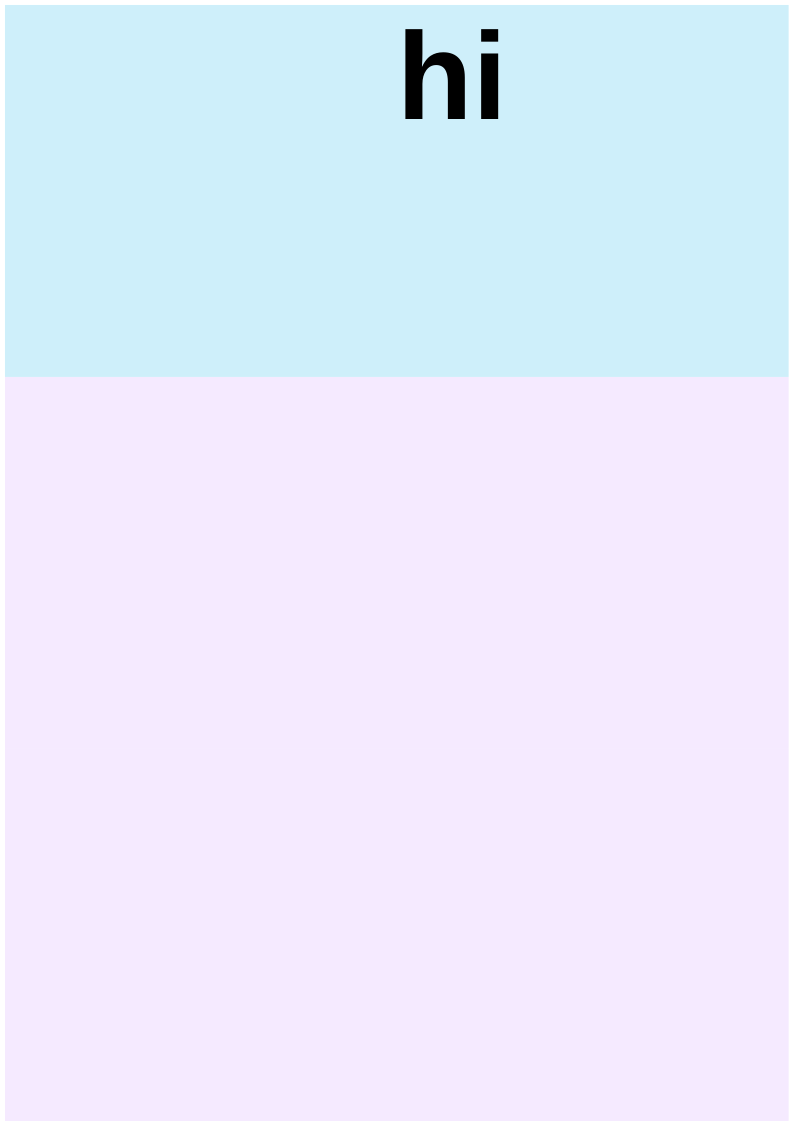
Repository: raghu225/raghu225.github.io
Page: type/index.html
The author's editor kept a record of every edit. The page is drawn from the files as they stood at one moment, then again after the next edit.
The browser window is 1280 px wide. The pictures show the whole page, at 62% of full size.
Some web libraries are served in a nearby version.

Above is the page before.

### type/index.html
<html>
    <head>
        <title>Urvi</title>
        <link href="assets/css/alphabet.css" rel="stylesheet" type="text/css" />
        <link href="assets/css/style.css" rel="stylesheet" type="text/css" />
        <link href="assets/css/style.css" rel="stylesheet" type="text/css" />
        <script src="https://ajax.googleapis.com/ajax/libs/jquery/1.11.2/jquery.min.js"></script>
        <link rel="icon" type="image/png" href="assets/favicon/favicon1.png">
    </head>

    <body>

        <div class="bg1">
            <p class ="titles">hi</p>
            <!--<div class="titles-urvi h">-->
            <!--        <div class="h-left"></div>-->
            <!--        <div class="h-right"></div>-->
            <!--        <div class="h-top-block"></div>-->
            <!--        <div class="h-bottom-block"></div>-->
            </div>
        </div>

        <div class ="bg2"></div>
        <div class ="bg3"></div>
        <div class ="bg4"></div>
        <div class ="bg5"></div>
        <div class ="bg6"></div>
        <div class ="bg7"></div>



    </body>















</html>

### type/assets/css/alphabet.css


.wrap{
    /*background-color: black;*/
    /*color: black;*/
    /*display: inline-block;*/
    width: 1250px;
    /*height: 3300px;*/
    /*margin-left: 10px;*/
}

.letter {
    position: relative;
    vertical-align: top;
    display: inline-block;
    margin: 60 20px 20px 0;
    height: 140px;
    /*width: 120px;*/
}

.small-a{
    height: 20px;
    width: 2px;
    background-color: black;
    /*display: inline-block;*/
    /*margin-left: 10px;*/
}

.big-a{
    height: 40px;
    width: 2px;
    background-color: black;
    /*display: inline-block;*/
}

.small-i {
    height: 58px;
    width: 2px;
    background-color: black;
    transform: rotate(45deg);
    /*display: inline-block;*/
    margin-top: -10px;
    margin-left: 20px;
}


.e-top {
    height: 50px;
    width: 2px;
    background-color: black;
    transform: rotate(60deg);
    /*display: inline-block;*/
    margin-left: 30px;
    margin-top: 30px;
}

.e-mid {
    height: 2px;
    width: 50px;
    background-color: black;
    /*display: inline-block;*/
    margin-left: 10px;
    /*margin-top: 5px;*/
}

.e-bottom {
    height: 50px;
    width: 2px;
    background-color: black;
    transform: rotate(-60deg);
    margin-left: 30px;
    /*margin-top: 5px;*/
}

.u-cross-left {
    height: 102px;
    width: 2px;
    background-color: black;
    transform: rotate(-45deg);
    position: absolute;
    margin-left: 50px;
    margin-top: 30px;
    /*display: inline-block;*/
}

.u-cross-right {
    height: 102px;
    width: 2px;
    background-color: black;
    transform: rotate(45deg);
    position: absolute;
    margin-left: 50px;
    margin-top: 30px
}

.small-u-horizontal {
    background-color: black;
    position: absolute;
    margin-left: 16px;
    height: 2px;
    width: 70px;
    margin-top: 116px;
}

.oo-circle-left {
	width: 30px;
	height: 30px;
	border: solid black 2px;
	border-radius: 50px;
	margin-top: 60px;
	margin-left: 80px;
	position: absolute;
}

.oo-horizontal {
    width: 70px;
    height: 2px;
    background-color: black;
    margin-left: 112px;
    position: absolute;
    margin-top: 75px;
}

.oo-circle-right {
	width: 30px;
	height: 30px;
	border: solid black 2px;
	border-radius: 50px;
	margin-top: 60px;
	margin-left: 180px;
	position: absolute;
}

.a {
	width: 0;
	height: 0;
	border-left: 50px solid transparent;
	border-right: 50px solid transparent;
	border-bottom: 80px solid black;
	margin-top: 40px;
	margin-left: 160px;
	/*margin-top: 180px;*/
}

/*.diagonal {*/
/*    margin-top: 300px;*/
/*    margin-left: 10px;*/
/*    transform: rotate(135deg);*/
    /*height: 100px;*/
    /*width: 100px;*/
/*}*/

.eh-circle-left {
	width: 30px;
	height: 30px;
	border: solid black 2px;
	-moz-border-radius: 15px;
	-webkit-border-radius: 15px;
	border-radius: 50px;
	margin-top: 90px;
	/*margin-left: 10px;*/
	position: absolute;
}

.eh-diagonal {
    width: 70px;
    height: 2px;
    background-color: black;
    margin-left: 15px;
    position: absolute;
    margin-top: 69px;
    transform: rotate(135deg);
}

.eh-circle-right {
	width: 30px;
	height: 30px;
	border: solid black 2px;
	-moz-border-radius: 15px;
	-webkit-border-radius: 15px;
	border-radius: 50px;
	margin-top: 17px;
	margin-left: 70px;
	position: absolute;
}

.o {
    width: 80px;
	height: 80px;
	border: solid black 2px;
	-moz-border-radius: 15px;
	-webkit-border-radius: 15px;
	border-radius: 50px;
	margin-top: 40px;
	margin-left: 60px;
}

.big-o-circle {
    width: 80px;
	height: 80px;
	border: solid black 2px;
	-moz-border-radius: 15px;
	-webkit-border-radius: 15px;
	border-radius: 50px;
	margin-top: 40px;
	/*margin-left: 10px;*/
	position: absolute;
}

.big-o-line1 {
    width: 30px;
    height: 2px;
    background-color: black;
    transform: rotate(125deg);
    display: inline-block;
    /*margin-left: 10px;*/
    margin-top: 140px;
}

.big-o-line2 {
    width: 46px;
    height: 2px;
    background-color: black;
    transform: rotate(35deg);
    display: inline-block;
    margin-left: -15;

}

.big-o-line3 {
    width: 30px;
    height: 2px;
    background-color: black;
    transform: rotate(125deg);
    display: inline-block;
    margin-left: -15;
}

.u-vertical1 {
    height: 80px;
    width: 2px;
    background-color: black;
    margin-top: 40px;
    position: relative;
    /*margin-left: 10px;*/
}

.u-horizontal {
    height: 2px;
    width: 80px;
    /*margin-left: 10px;*/
    background-color: black;
    position: relative;
}

.u-vertical2 {
    height: 80px;
    width: 2px;
    /*margin-left: 10px;*/
    background-color: black;
    margin-top: -80px;
    margin-left: 80px;
    display: inline-block;
    position: absolute;
}

.ah-left {
    width: 80px;
    height: 2px;
    background-color: black;
    transform: rotate(135deg);
    margin-top: 90px;
    /*position: relative;*/
    display: inline-block;
}

.ah-right {
    width: 80px;
    height: 2px;
    background-color: black;
    transform: rotate(45deg);
    margin-top: 50px;
    /*position: absolute;*/
    display: inline-block;
    margin-left: -28px;
}

.b-vertical {
    width: 2px;
    height: 100px;
    background-color: black;
    margin-top: 20px;
    /*margin-left: 10px;*/
}

.b-horizontal {
    width: 60px;
    height: 2px;
    background-color: black;
    /*margin-left: 10px;*/
}

.c-top {
    width: 80px;
    height: 2px;
    background-color: black;
    /*margin-left: 10px;*/
    margin-top: 50px;
    transform: rotate(155deg);
}

.c-bottom {
    width: 80px;
    height: 2px;
    background-color: black;
    /*margin-left: 10px;*/
    margin-top: 31px;
    transform: rotate(25deg);
}

.d-vertical {
    width: 2px;
    height: 30px;
    background-color: black;
    margin-top: 0px;
    /*margin-left: 10px;*/
}

.d-horizontal {
    width: 30px;
    height: 2px;
    background-color: black;
    margin-top: -30px;
    /*margin-left: 10px;*/
}

.d-top {
    height: 80px;
    width: 2px;
    background-color: black;
    transform: rotate(135deg);
    margin-top: -12px;
    margin-left: 28px;
    position: absolute;
}

.d-bottom {
    height: 68px;
    width: 2px;
    background-color: black;
    transform: rotate(55deg);
    margin-top: 40.5px;
    margin-left: 28px;
    position: absolute;
}

.dh-vertical {
    width: 2px;
    height: 30px;
    background-color: black;
    margin-top: 0px;
    margin-left: 65px;
}

.dh-horizontal {
    width: 30px;
    height: 2px;
    background-color: black;
    margin-top: -30px;
    margin-left: 65px;
}

.dh-stem {
    border: solid black 2px;
    width: 100px;
    height: 100px;
    border-radius: 50px;
    /*margin-left: -65px;*/
    margin-top: -3px;
}

.dh-block {
    background-color: white;
    width: 70px;
    height: 150px;
    display: inline-block;
    margin-top: -120px;
    margin-left: -5px;
}

.f-vertical {
    background-color: black;
    width: 2px;
    height: 100px;
    /*margin-top: -120px;*/
    /*margin-left: -10px;*/
}

.f-horizontal {
    background-color: black;
    width: 60px;
    height: 2px;
    display: inline-block;
    margin-left: 0px;
    margin-top: -100px;
}

.g-horizontal-top {
    background-color: black;
    width: 50px;
    height: 2px;
    margin-left: 30px;
    margin-top: 70px;
}

.g-vertical {
    background-color: black;
    width: 2px;
    height: 60px;
    /*margin-top: -120px;*/
    margin-left: 78px;
}

.g-horizontal-bottom {
    background-color: black;
    width: 80px;
    height: 2px;
    /*margin-left: 30px;*/
    /*margin-top: 50px;*/
}

.j-vertical {
    background-color: black;
    width: 2px;
    height: 60px;
    margin-top: 70px;
    margin-left: 78px;
}

.j-horizontal {
    background-color: black;
    width: 80px;
    height: 2px;
}

.l-vertical {
    background-color: black;
    width: 2px;
    height: 40px;
    margin-top: 0px;
    margin-left: 10px;
}

.l-horizontal {
    background-color: black;
    width: 40px;
    height: 2px;
    /*margin-top: 50px;*/
    margin-left: 10px;
}

.l-circle {
    width: 10px;
    height: 10px;
    border-radius: 50%;
    border: solid black 2px;
    margin-left: 0px;
    margin-top: -2.5px;
}

.n {
    width: 40px;
    height: 40px;
    border-radius: 50%;
    border: solid black 2px;
    margin-top: 0px;
}

.p-vertical {
    background-color: black;
    width: 2px;
    height: 100px;
    margin-top: 30px;
}

.p-horizontal {
    background-color: black;
    width: 40px;
    height: 2px;
    margin-top: -100px;
    display: inline-block;
}

.t-vertical {
    background-color: black;
    width: 2px;
    height: 40px;
    margin-top: 0px;
    /*display: inline-block;*/
    position: absolute;
    margin-left: 20px;
    /*position: relative;*/
}

.t-horizontal {
    background-color: black;
    width: 40px;
    height: 2px;
    margin-top: 20px;
    margin-left: 3px;
    /*display: inline-block;*/
    position: absolute;
}

.aa-circle-top {
	width: 30px;
	height: 30px;
	border: solid black 2px;
	-moz-border-radius: 15px;
	-webkit-border-radius: 15px;
	border-radius: 50px;
	/*margin-top: 120px;*/
	margin-left: 40px;
	position: absolute;
}

.aa-vertical {
    height: 70px;
    width: 2px;
    background-color: black;
    margin-left: 57px;
    position: absolute;
    margin-top: 32px;
}

.aa-circle-bottom {
	width: 30px;
	height: 30px;
	border: solid black 2px;
	-moz-border-radius: 15px;
	-webkit-border-radius: 15px;
	border-radius: 50px;
	margin-top: 100px;
	margin-left: 40px;
	position: absolute;
}

.h-left {
    width: 30px;
    height: 50px;
    border-radius: 40%;
    border: solid black 2px;
    margin-top: 0px;
    margin-left: 70px;
    position: absolute;
}

.h-right {
    width: 30px;
    height: 50px;
    border-radius: 40%;
    border: solid black 2px;
    margin-top: -20px;
    position: absolute;
    margin-left: 90px;
}

.h-top-block {
    width: 80px;
    height: 20px;
    background-color: white;
    /*border: solid red;*/
    margin-top: -20px;
    margin-left: 50px;
    margin-bottom: 0px;
    position: absolute;
}

.h-bottom-block {
    width: 80px;
    height: 20px;
    background-color: white;
    /*border: solid red;*/
    margin-top: 34px;
    margin-left: 50px;
    margin-bottom: 0px;
    position: absolute;
}

.m-top {
    width: 40px;
    height: 45px;
    border-radius: 50%;
    border: solid black 2px;
    margin-top: 0px;
    margin-left: 120px;
    position: absolute;
}

.m-block {
    width: 50px;
    height: 20px;
    margin-top: 30px;
    margin-left: 118px;
    position: absolute;
    background-color: white;
}

.m-circle-left {
    width: 10px;
	height: 10px;
	border: solid black 2px;
	border-radius: 50px;
	position: absolute;
	margin-top: 21px;
	margin-left: 120px;
}

.m-circle-right {
    width: 10px;
	height: 10px;
	border: solid black 2px;
	border-radius: 50px;
	position: absolute;
	margin-top: 21px;
	margin-left: 150px;
}

.s-circle {
    width: 80px;
	height: 80px;
	border: solid black 2px;
	border-radius: 50px;
	margin-top: 40px;
	margin-left: 183px;
	position: absolute;
}

.s-line {
    width: 50px;
    height: 2px;
    background-color: black;
    transform: rotate(111deg);
    position: absolute;
    margin-top: 100px;
    margin-left: 150px;
}

.v-left {
    width: 30px;
	height: 120px;
	border: solid black 2px;
	border-radius: 50%;
	margin-top: 200px;
	/*margin-left: -990px;*/
	position: absolute;
}

.v-right {
    width: 30px;
	height: 120px;
	border: solid black 2px;
	border-radius: 50%;
	margin-top: 200px;
	/*margin-left: -956px;*/
	position: absolute;
}

.v-block-left {
    position: absolute;
    width: 15px;
    height: 130px;
    /*border: solid red 1px;*/
    background-color: white;
    margin-top: 195px;
    /*margin-left: -992px;*/
}

.v-block-right {
    position: absolute;
    width: 15px;
    height: 130px;
    /*border: solid red 1px;*/
    background-color: white;
    margin-top: 200px;
    /*margin-left: -935px;*/
    z-index: 0;
}

.v-block-bottom {
    position: absolute;
    width: 70px;
    height: 60px;
    /*border: solid red 1px;*/
    background-color: white;
    margin-top: 270px;
    /*margin-left: -992px;*/
    z-index: 0;
}

.w-left {
    width: 30px;
	height: 120px;
	border: solid black 2px;
	border-radius: 50%;
	margin-top: 200px;
	margin-left: -995px;
	position: absolute;
}

.w-center {
    width: 30px;
	height: 120px;
	border: solid black 2px;
	border-radius: 50%;
	margin-top: 200px;
	margin-left: -962px;
	position: absolute;
}

.w-right {
    width: 30px;
	height: 120px;
	border: solid black 2px;
	border-radius: 50%;
	margin-top: 200px;
	margin-left: -929px;
	position: absolute;
}

.w-block-left {
    position: absolute;
    width: 15px;
    height: 130px;
    /*border: solid red 1px;*/
    background-color: white;
    margin-top: 200px;
    margin-left: -997px;
}

.w-block-right {
    position: absolute;
    width: 15px;
    height: 130px;
    /*border: solid red 1px;*/
    background-color: white;
    margin-top: 200px;
    margin-left: -908px;
    z-index: 0;
}

.w-block-bottom {
    position: absolute;
    width: 100px;
    height: 60px;
    /*border: solid red 1px;*/
    background-color: white;
    margin-top: 270px;
    margin-left: -1000px;
    z-index: 0;
}

.z-horizontal-1 {
    position: absolute;
    width: 20px;
    height: 2px;
    background-color: black;
    margin-top: -12px;
    margin-left: 180px;
}

.z-vertical-1 {
    position: absolute;
    width: 2px;
    height: 40px;
    background-color: black;
    margin-top: -12px;
    margin-left: 200px;
}

.z-horizontal-2 {
    position: absolute;
    width: 20px;
    height: 2px;
    background-color: black;
    margin-top: 28px;
    margin-left: 200px;
}

.z-vertical-2 {
    position: absolute;
    width: 2px;
    height: 80px;
    background-color: black;
    margin-top: 28px;
    margin-left: 220px;
}

.y-circle {
    position: absolute;
    width: 80px;
    height: 80px;
    border-radius: 50%;
    border: solid black 2px;
    margin-top: -16px;
    margin-left: 200px;
}

.y-horizontal {
    position: absolute;
    margin-top: 66px;
    width: 80px;
    height: 2px;
    background-color: black;
    margin-left: 238px;
}

.y-vertical {
    position: absolute;
    margin-top: 38px;
    width: 2px;
    height: 30px;
    background-color: black;
    margin-left: 318px;
}

.y-block {
    /*border: solid red 1px;*/
    margin-top: -20px;
    position: absolute;
    width: 50px;
    height: 100px;
    margin-left: 200px;
    background-color: white;

}

.r-left {
    position: absolute;
    width: 60px;
    height: 80px;
    border-radius: 50%;
    border: solid black 2px;
    margin-top: -46px;
    margin-left: 310px;
}

.r-block-right {
    /*border: solid red 1px;*/
    margin-top: -50px;
    position: absolute;
    width: 30px;
    height: 100px;
    margin-left: 355px;
    background-color: white;
}

.r-right {
    position: absolute;
    width: 10px;
    height: 40px;
    border-radius: 50%;
    border: solid black 2px;
    margin-top: -50px;
    margin-left: 355px;
    transform: rotate(135deg);
}

.r-block-bottom {
    /*border: solid red 1px;*/
    margin-top: -10px;
    position: absolute;
    width: 60px;
    height: 50px;
    margin-left: 310px;
    background-color: white;
}

### type/assets/css/style.css
.bg1 {
    background-color: #ceeffa;
    width: 100%;
    height: 600px;
    margin: 0px;
}

.titles {
    font-family: Avenir, 'Helvetica Neue', Helvetica, sans-serif;
    font-size: 200px;
    font-weight: bolder;
    margin-left: 50%;
}

.titles-urvi {
    background-color: #6d6e70;
}

.bg2 {
    background-color: #f5eaff;
    width: 100%;
    height: 600px;
    margin: 0px;
}

.bg3 {
    background-color: #ceeffa;
    width: 100%;
    height: 600px;
    margin: 0px;
}

.bg3 {
    background-color: #f5eaff;
    width: 100%;
    height: 600px;
    margin: 0px;
}

.bg3 {
    background-color: #f5eaff;
    width: 100%;
    height: 600px;
    margin: 0px;
}

.bg3 {
    background-color: #f5eaff;
    width: 100%;
    height: 600px;
    margin: 0px;
}

.bg3 {
    background-color: #f5eaff;
    width: 100%;
    height: 600px;
    margin: 0px;
}

.bg3 {
    background-color: #f5eaff;
    width: 100%;
    height: 600px;
    margin: 0px;
}

After the next edit:
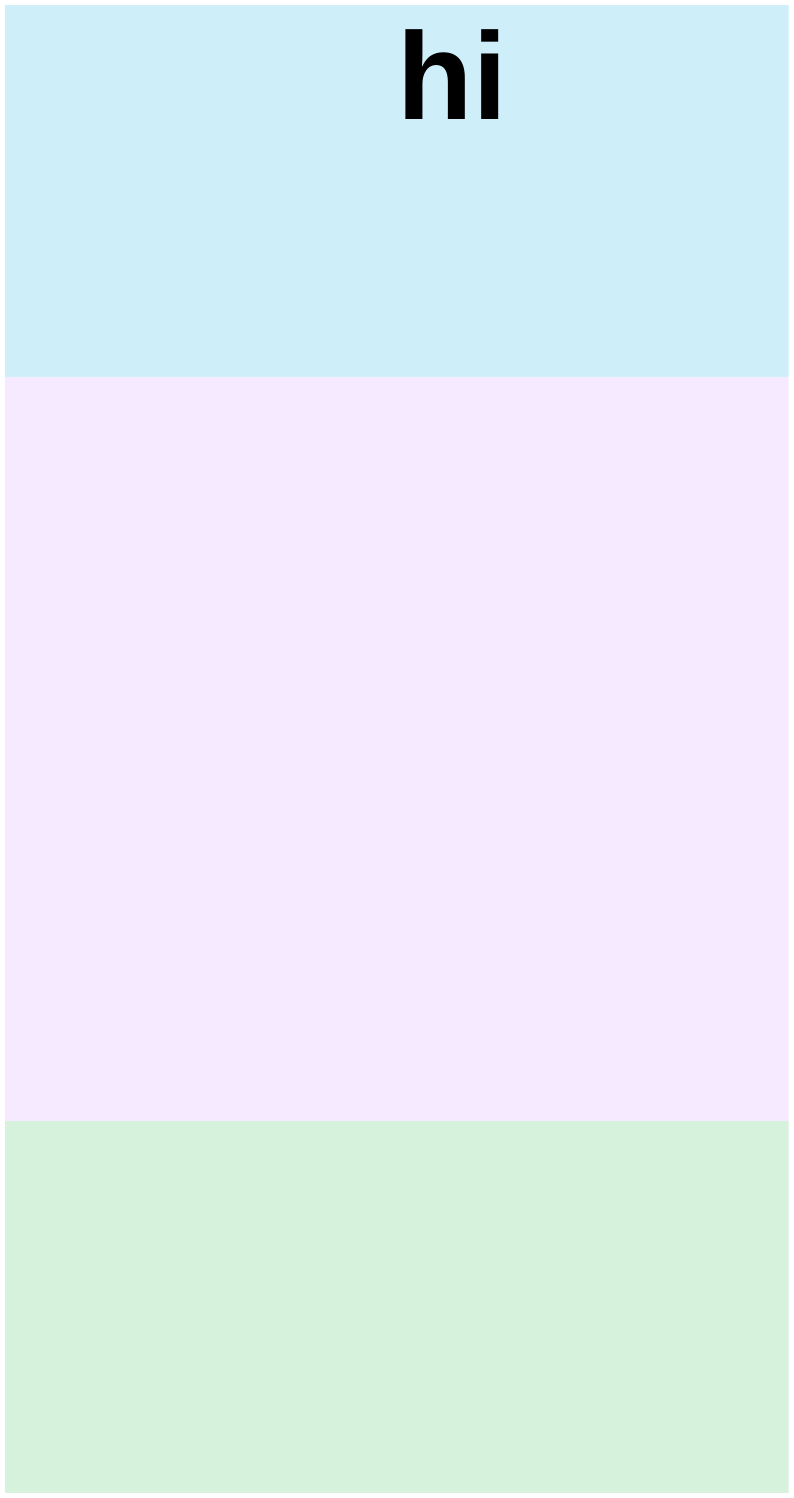
The edit:
--- a/type/assets/css/style.css
+++ b/type/assets/css/style.css
@@ -30,8 +30,8 @@
     margin: 0px;
 }
 
-.bg3 {
-    background-color: #f5eaff;
+.bg4 {
+    background-color: #d7f2dc;
     width: 100%;
     height: 600px;
     margin: 0px;
